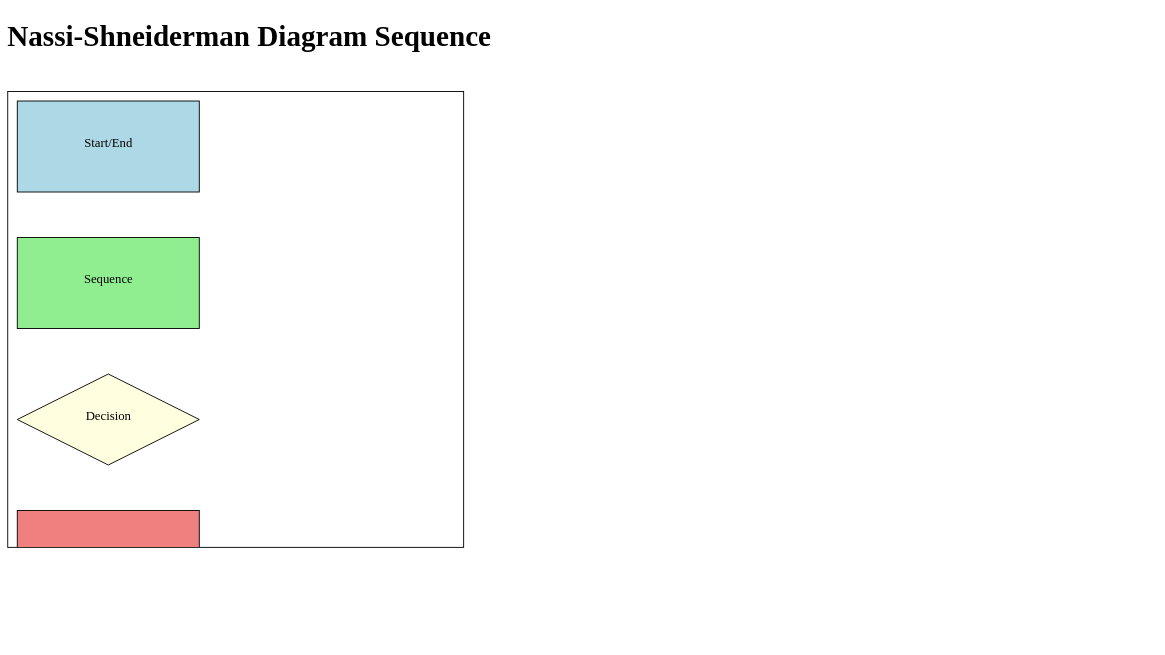
Repository: fabsch225/Nassi-Shneiderman-Compiler
Page: demo.html
These files come from the project's save history. The page is drawn as it stood at one moment and after the next save; the edit follows.
The browser window is 1280 px wide. The pictures show the whole page, at 91% of full size.

Above is the page before, as saved 2024-05-15 21:07:09.

### demo.html
<!DOCTYPE html>
<html lang="en">
<head>
<meta charset="UTF-8">
<meta name="viewport" content="width=device-width, initial-scale=1.0">
<title>Nassi-Shneiderman Diagram Sequence</title>
<style>
    svg {
        border: 1px solid black;
        margin: 20px auto;
        width: 500px;
        height: 500px;
    }
</style>
</head>
<body>
<h1>Nassi-Shneiderman Diagram Sequence</h1>
<svg id="canvas" ></svg>

<script>
    function createStartEndBlock(x, y, width, height) {
        return `<rect x="${x}" y="${y}" width="${width}" height="${height}" stroke="black" fill="lightblue" />
                <text x="${x + width / 2}" y="${y + height / 2}" font-size="14px" fill="black" text-anchor="middle">Start/End</text>`;
    }

    function createSequenceBlock(x, y, width, height) {
        return `<rect x="${x}" y="${y}" width="${width}" height="${height}" stroke="black" fill="lightgreen" />
                <text x="${x + width / 2}" y="${y + height / 2}" font-size="14px" fill="black" text-anchor="middle">Sequence</text>`;
    }

    function createDecisionBlock(x, y, width, height) {
        return `<polygon points="${x},${y + height / 2} ${x + width / 2},${y} ${x + width},${y + height / 2} ${x + width / 2},${y + height}" stroke="black" fill="lightyellow" />
                <text x="${x + width / 2}" y="${y + height / 2}" font-size="14px" fill="black" text-anchor="middle">Decision</text>`;
    }

    function createLoopBlock(x, y, width, height) {
        return `<rect x="${x}" y="${y}" width="${width}" height="${height}" stroke="black" fill="lightcoral" />
                <text x="${x + width / 2}" y="${y + height / 2}" font-size="14px" fill="black" text-anchor="middle">Loop</text>`;
    }

    function createForeachBlock(x, y, width, height) {
        const textX = x + width / 2;
        const textY = y + height / 2;
        const lineHeight = 20;
        const textIndent = 10;

        return `<rect x="${x}" y="${y}" width="${width}" height="${height}" stroke="black" fill="lightpink" />
                <text x="${textX}" y="${textY - lineHeight}" font-size="14px" fill="black" text-anchor="middle">Foreach</text>
                <text x="${textX}" y="${textY}" font-size="14px" fill="black" text-anchor="middle">Item:</text>
                <text x="${textX}" y="${textY + lineHeight}" font-size="14px" fill="black" text-anchor="middle" style="text-indent: ${textIndent}px;">Loop body</text>`;
    }

    function createJumpBlock(x, y, width, height) {
        return `<rect x="${x}" y="${y}" width="${width}" height="${height}" stroke="black" fill="lightgrey" />
                <text x="${x + width / 2}" y="${y + height / 2}" font-size="14px" fill="black" text-anchor="middle">Jump</text>`;
    }

    function createSwitchCaseBlock(x, y, width, height, cases) {
        const caseHeight = height / (cases.length + 1);
        let switchCaseSVG = `<rect x="${x}" y="${y}" width="${width}" height="${height}" stroke="black" fill="lightcyan" />`;

        cases.forEach((item, index) => {
            const caseY = y + caseHeight * (index + 1);
            switchCaseSVG += `<text x="${x + width / 2}" y="${caseY}" font-size="14px" fill="black" text-anchor="middle">${item}</text>`;
        });

        switchCaseSVG += `<text x="${x + width / 2}" y="${y + 20}" font-size="14px" fill="black" text-anchor="middle">Switch</text>`;
        return switchCaseSVG;
    }

    var svgContainer = document.getElementById('canvas');
    const blockWidth = 200;
    const blockHeight = 100;
    const gap = 50;
    let currentY = 10;

    // Create Start/End Block
    svgContainer.innerHTML += createStartEndBlock(10, currentY, blockWidth, blockHeight);
    currentY += blockHeight + gap;

    // Create Sequence Block
    svgContainer.innerHTML += createSequenceBlock(10, currentY, blockWidth, blockHeight);
    currentY += blockHeight + gap;

    // Create Decision Block
    svgContainer.innerHTML += createDecisionBlock(10, currentY, blockWidth, blockHeight);
    currentY += blockHeight + gap;

    // Create Loop Block
    svgContainer.innerHTML += createLoopBlock(10, currentY, blockWidth, blockHeight);
    currentY += blockHeight + gap;

    // Create Foreach Block
    svgContainer.innerHTML += createForeachBlock(10, currentY, blockWidth, blockHeight);
    currentY += blockHeight + gap;

    // Create Jump Block
    svgContainer.innerHTML += createJumpBlock(10, currentY, blockWidth, blockHeight);
    currentY += blockHeight + gap;

    // Create Switch Case Block
    svgContainer.innerHTML += createSwitchCaseBlock(10, currentY, blockWidth, blockHeight * 2, ['Case 1', 'Case 2', 'Case 3']);

</script>
</body>
</html>

After the next save:
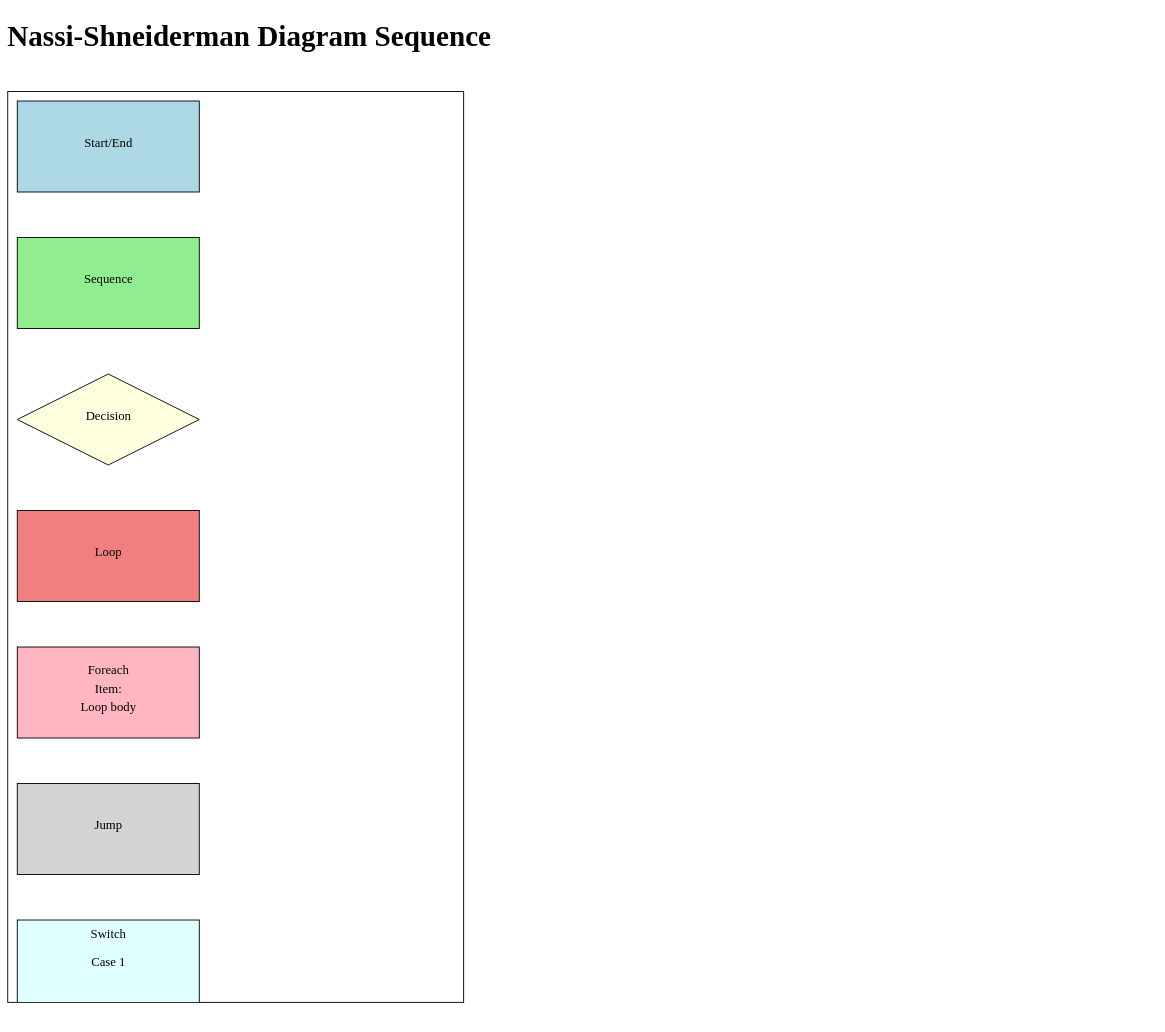
Saved 16 s later.
--- a/demo.html
+++ b/demo.html
@@ -9,7 +9,7 @@
         border: 1px solid black;
         margin: 20px auto;
         width: 500px;
-        height: 500px;
+        height: 1000px;
     }
 </style>
 </head>
